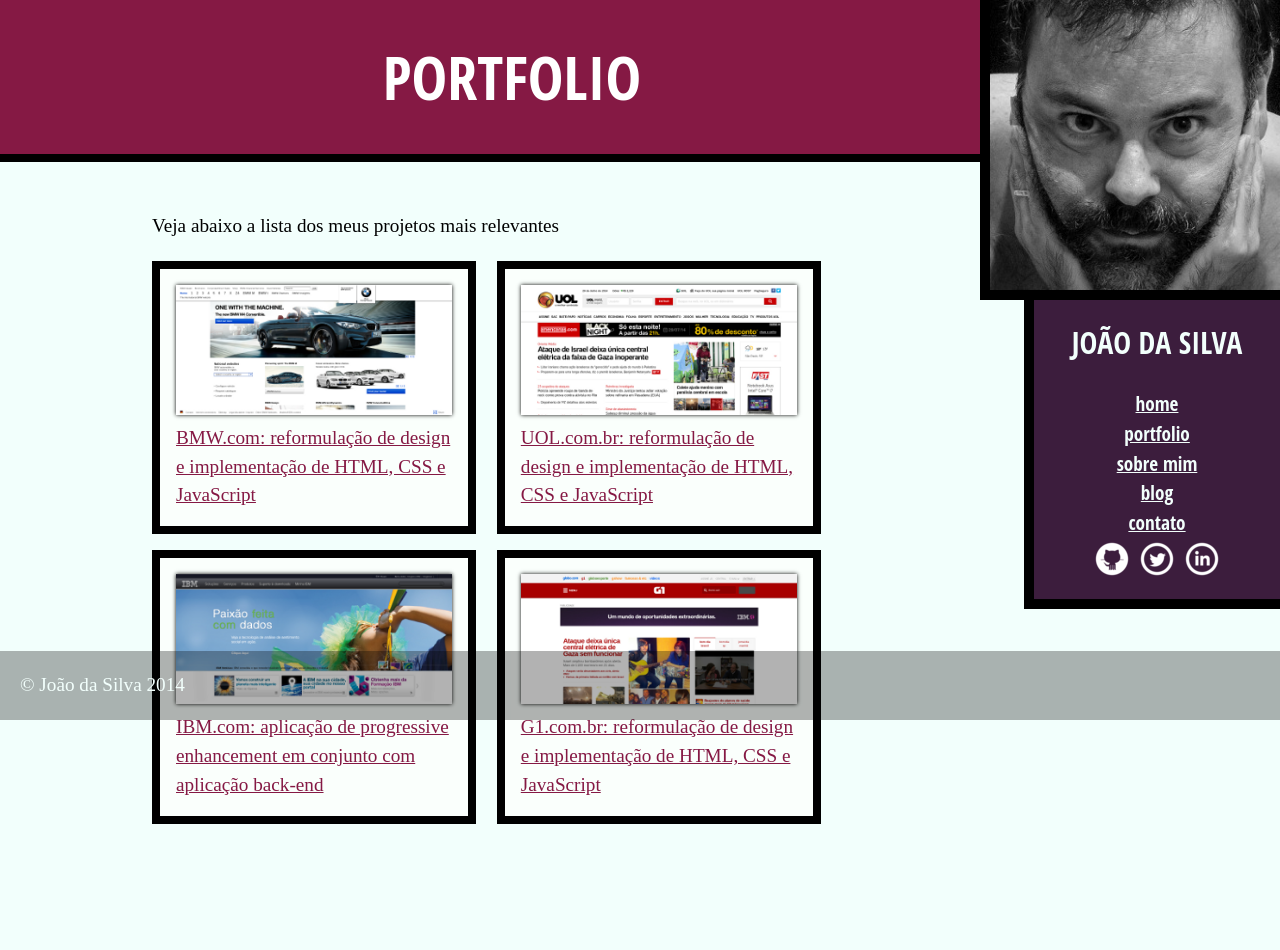
Repository: MichelMiola/html5Css3Avancado
Page: projeto/portfolio.html
The author's editor kept a copy of each file at every save. The page is drawn from the files as they stood at one save, then again after the next save.
The browser window is 1280 px wide. The pictures show the whole page.
Some web fonts or font styles are not loaded; a fallback is used.

Above is the page before, as saved 2015-03-20 20:03:28.

After the next save:
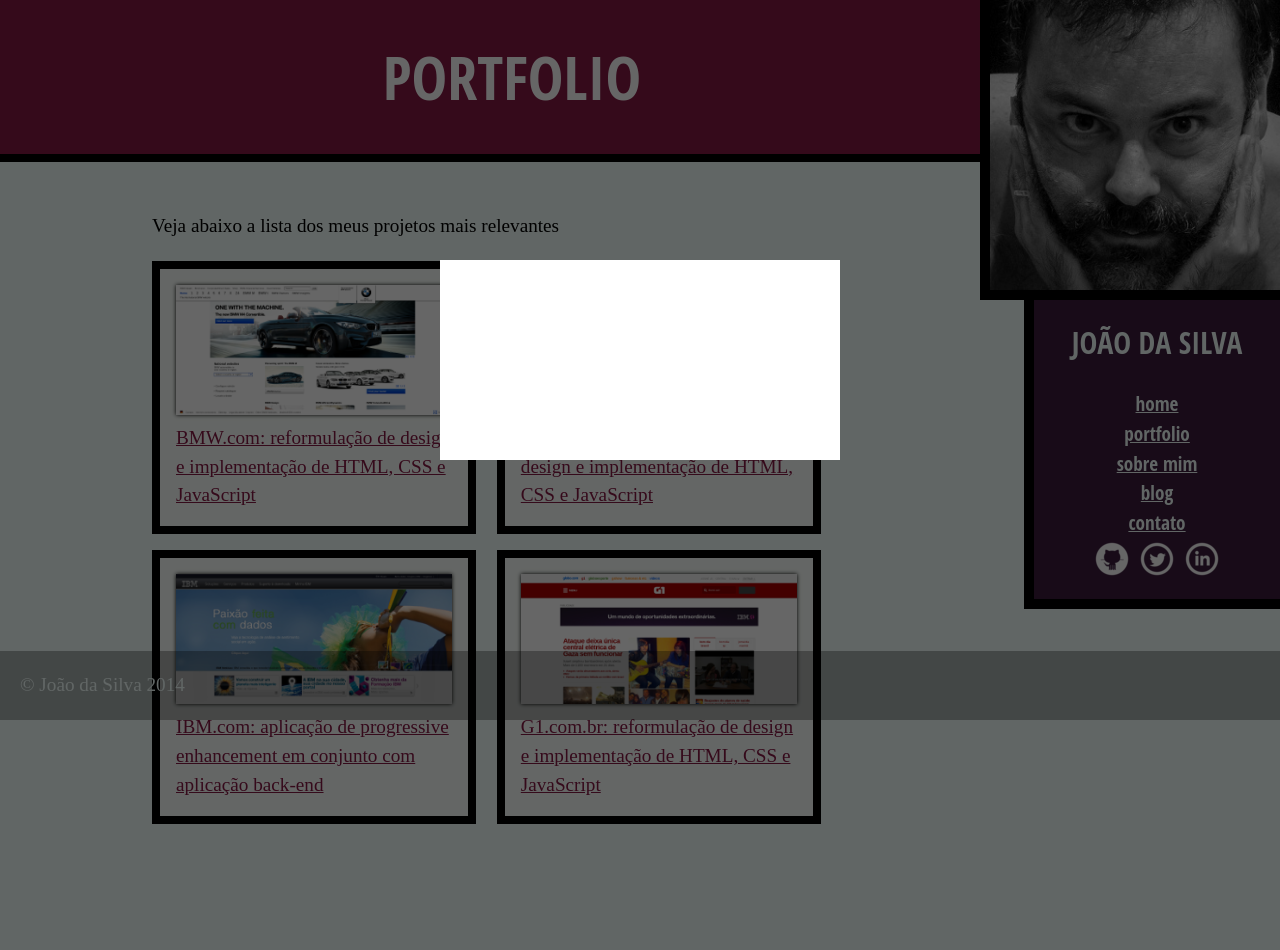
Saved 23 s later.
--- a/projeto/css/portfolio.css
+++ b/projeto/css/portfolio.css
@@ -1,15 +1,27 @@
 .portfolio li {
-    display: inline-block;
-    border: 8px solid black;
-    background-color: #FAFFFC;
-    width: 45%;
-    box-sizing: border-box;
-    padding: 16px;
-    margin-right: 16px;
-    margin-bottom: 16px;
+	display: inline-block;
+	border: 8px solid black;
+	background-color: #FAFFFC;
+	width: 45%;
+	box-sizing: border-box;
+	padding: 16px;
+	margin-right: 16px;
+	margin-bottom: 16px;
 }
 
 .portfolio img {
-    width: 100%;
-    box-shadow: 0 0 4px #000;
+	width: 100%;
+	box-shadow: 0 0 4px #000;
 }
+
+#tela-fixa {
+	position: fixed;
+	top: 50%;
+	left: 50%;
+	transform: translate(-50%, -50%);
+	width: 400px;
+	height: 200px;
+	background-color: #FFF;
+	box-shadow: 0 0 0 9999px rgba(0, 0, 0, .6);
+	z-index: 9999;
+}
